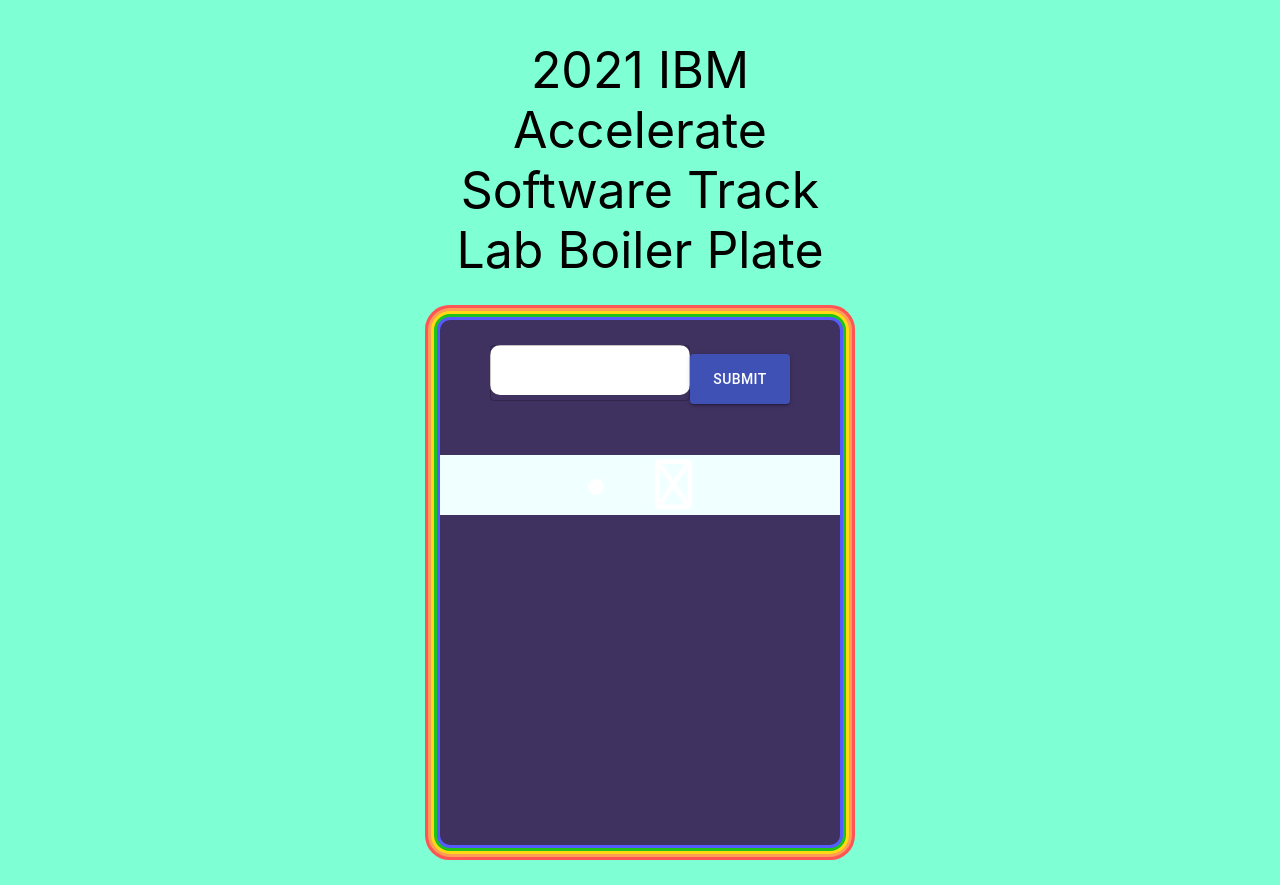
Repository: 2021-IBM-Accelerate-SW-Track/lab-1-team-34
Page: /
These files come from the project's save history. The page is drawn as it stood at one moment and after the next save; the edit follows.
The browser window is 1280 px wide. The pictures show the whole page.
Some web libraries are served in a nearby version. The project was rebuilt for these pictures with package versions that can differ from the ones it lists, and the page was loaded fresh each time.

Above is the page before, as saved 2021-06-13 21:17:46.

### public/index.html
<!DOCTYPE html>
<html lang="en">
  <head>
    <meta charset="utf-8" />
    <meta name="viewport" content="width=device-width, initial-scale=1" />
    <meta name="theme-color" content="#000000" />
    <meta
      name="description"
      content="Web site created using create-react-app"
    />
    <script src="https://kit.fontawesome.com/b9d1aed08a.js" crossorigin="anonymous"></script>

    <!--
      manifest.json provides metadata used when your web app is installed on a
      user's mobile device or desktop. See https://developers.google.com/web/fundamentals/web-app-manifest/
    -->
    <!--
      Notice the use of %PUBLIC_URL% in the tags above.
      It will be replaced with the URL of the `public` folder during the build.
      Only files inside the `public` folder can be referenced from the HTML.

      Unlike "/favicon.ico" or "favicon.ico", "%PUBLIC_URL%/favicon.ico" will
      work correctly both with client-side routing and a non-root public URL.
      Learn how to configure a non-root public URL by running `npm run build`.
    -->
    <title>React App</title>
  </head>
  <body>
    <noscript>You need to enable JavaScript to run this app.</noscript>
    <div id="root"></div>
    <!--
      This HTML file is a template.
      If you open it directly in the browser, you will see an empty page.

      You can add webfonts, meta tags, or analytics to this file.
      The build step will place the bundled scripts into the <body> tag.

      To begin the development, run `npm start` or `yarn start`.
      To create a production bundle, use `npm run build` or `yarn build`.
    -->
  </body>
</html>

### src/App.js
// import Header from "./component/header";
import Page from "./Pages/UI";

import "./App.css";

function App() {
  return (
    <div className="App">
      <Page />
    </div>
  );
}

export default App;

### src/Pages/UI/index.js
import Page from "./page";

export default Page;

### src/App.css
.App {
  text-align: center;
  background: aquamarine;
  font-size: 50px;
}

body {
  margin: 0;
  font-family: -apple-system, BlinkMacSystemFont, "Segoe UI", "Roboto", "Oxygen",
    "Ubuntu", "Cantarell", "Fira Sans", "Droid Sans", "Helvetica Neue",
    sans-serif;
  -webkit-font-smoothing: antialiased;
  -moz-osx-font-smoothing: grayscale;
}

code {
  font-family: source-code-pro, Menlo, Monaco, Consolas, "Courier New",
    monospace;
}
html {
  background: aquamarine;
}

### src/Pages/UI/page.js
import React from "react";
import Header from "../../component/header/header"; // no target file, targets index.js
import Input from "../../component/Input";

function page(props) {
  return (
    <div>
      <Header />
      <Input />
    </div>
  );
}

export default page;

### src/component/header/header.js
export default function Header() {
  return (
    <div className="header">
      2021 IBM Accelerate Software Track Lab Boiler Plate
    </div>
  );
}

### src/component/Input/index.js
import Input from "./input";

export default Input;

### src/component/Input/input.js
import { TextField, Button } from "@material-ui/core";
import React, { useState } from "react";
import "./input.css";
// import { FaGithub } from "react-icons/fa";
import { FontAwesomeIcon } from "@fortawesome/react-fontawesome";
const initialTodo = [""];

function Input(props) {
  const [input, setInput] = useState("");
  const [list, setTodo] = React.useState(initialTodo);

  function handleAdd() {
    const newList = list;
    newList.push(input);
    setTodo(newList);
    console.log(list);
    setInput("");
    handleClear();
    // debugger;
  }

  const handleClear = () => {
    Array.from(document.querySelectorAll("input")).forEach((input) => {
      input.value = "";
    });
    Array.from(document.querySelectorAll("textarea")).forEach((textarea) => {
      textarea.value = "";
    });
  };
  return (
    <div className="inputcolor">
      <TextField
        className="inputtext"
        onKeyPress={(event) => {
          if (event.key === "Enter") {
            handleAdd();
          }
        }}
        onChange={(event) => {
          setInput(event.target.value);
          console.log(input);
        }}
        label=""
        variant="outlined"
      />

      <Button
        onClick={handleAdd}
        variant="contained"
        color="primary"
        className="button"
      >
        Submit
      </Button>

      <div className="list">
        <p className="container">
          {list &&
            list.map((item, index) => {
              return (
                <div className="line">
                  <li className="list" key={index}>
                    {item}
                    {""}
                  </li>
                </div>
              );
            })}
        </p>
      </div>
      {/* list not updating quick but data does get added */}
    </div>
  );
}

export default Input;

### src/component/Input/input.css
.inputcolor {
  background-color: #3f3160;
  min-height: 500px;
  width: 400px;
  margin: 40px auto;
  padding-top: 25px;
  border-radius: 10px;

  box-shadow: rgb(85, 91, 255) 0px 0px 0px 3px, rgb(31, 193, 27) 0px 0px 0px 6px,
    rgb(255, 217, 19) 0px 0px 0px 9px, rgb(255, 156, 85) 0px 0px 0px 12px,
    rgb(255, 85, 85) 0px 0px 0px 15px;
}

/* @keyframes pulse {
  from {
    transform: scale3d(1, 1, 1);
  }

  50% {
    transform: scale3d(1.05, 1.05, 1.05);
  }

  to {
    transform: scale3d(1, 1, 1);
  }
}
.App > div > .inputcolor {
  animation: pulse 3400ms linear infinite both;
} */
.line {
  background-color: azure;
}
.inputtext {
  background-color: #ffffff;
  border: 0;
  color: #fff;
  width: 200px;

  height: 50px;
  margin: 20px;
  padding: 0 20px;
  font-size: 18px;
  border-radius: 10px;
  padding-right: 10px;
}
.container {
  padding-top: 0px;
  padding-bottom: 30px;
}
.list {
  color: white;
  text-align: center;
}

ul li {
  padding: 10px 0px;
}

li:before {
  content: "\f00c";
  font-family: "Font Awesome 5 Free";
}

.App {
  background-color: #fec9bb;
  min-height: 500px;
  width: 400px;
  margin: 40px auto;
}
.button {
  background-color: rgba(27, 112, 137, 1);
  border: 0;
  color: #fff;
  width: 100px;

  height: 50px;
  margin: 20px;
  padding: 0 20px;
  font-size: 18px;
  border-radius: 10px;
}

Loaded but not shown: src/index.js (common file)

After the next save:
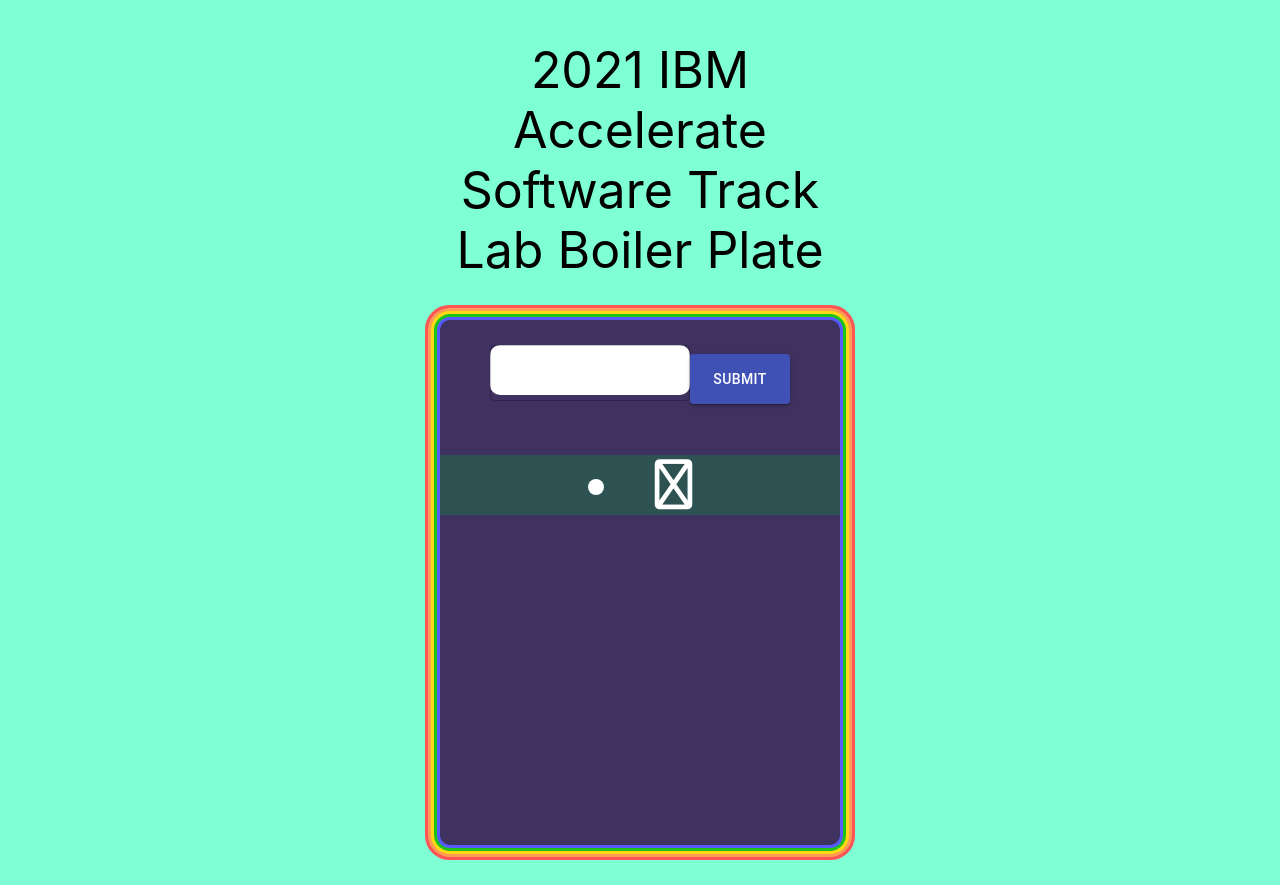
Saved 32 s later.
--- a/src/component/Input/input.css
+++ b/src/component/Input/input.css
@@ -28,7 +28,7 @@
   animation: pulse 3400ms linear infinite both;
 } */
 .line {
-  background-color: azure;
+  background-color: rgb(46, 82, 82);
 }
 .inputtext {
   background-color: #ffffff;
